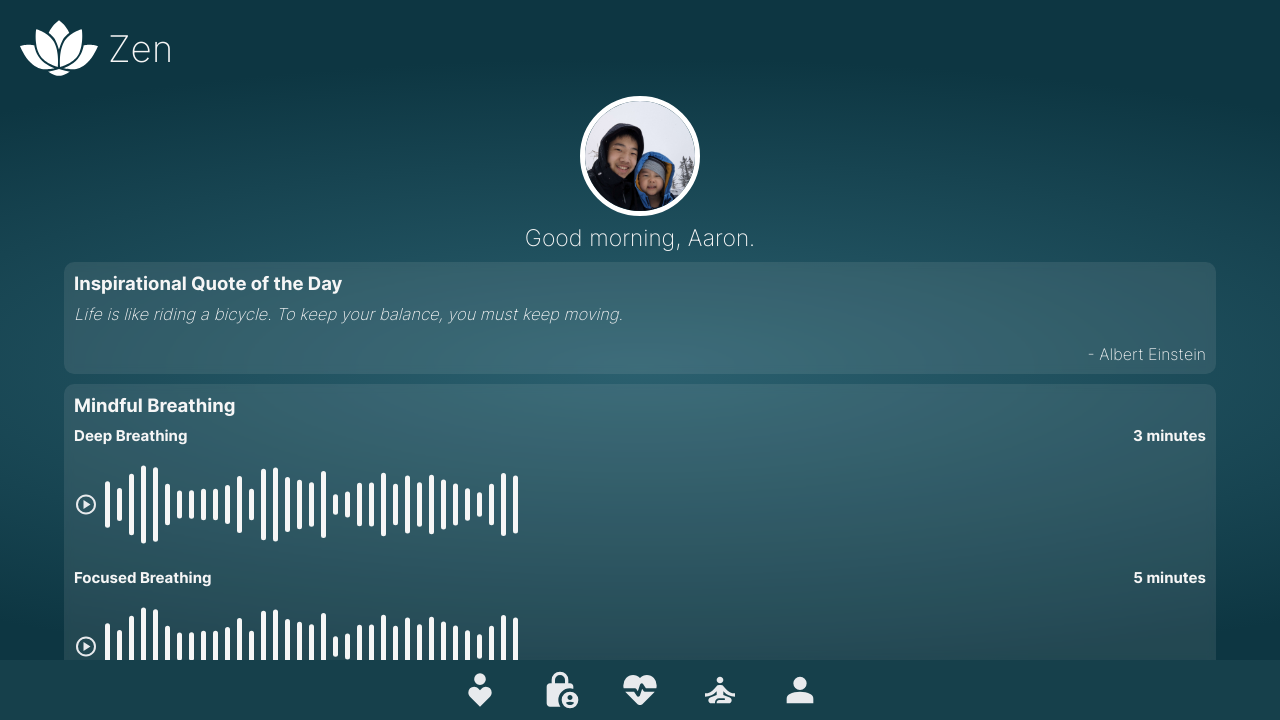
Repository: aaronw-dev/Zen
Page: mindful_dashboard.html
The author's editor kept a copy of each file at every save. The page is drawn from the files as they stood at one save, then again after a run of saves.
The browser window is 1280 px wide. The pictures show the whole page.

Above is the page before, as saved 2024-06-08 15:13:37.

### mindful_dashboard.html
<!DOCTYPE html>
<html lang="en">

<head>
    <meta charset="UTF-8">
    <meta name="viewport" content="width=device-width, initial-scale=1.0">
    <title>Zen</title>
    <link rel="stylesheet" href="../static/colors.css">
    <link rel="stylesheet" href="../static/awdev.css">
</head>

<body>
    <nav>
        <img src="../logo.svg">
        <span class="nav-text">Zen</span>
    </nav>
    <div class="zen-wrapper">
        <div class="greeting">
            <div class="profile-icon-wrapper">
                <img class="profile-icon" src="../static/images/brothers.jpg">
            </div>
            <span class="greeting-text">Good morning, Aaron.</span>
        </div>
        <div class="zen-block">
            <h1 class="zen-block-title">Inspirational Quote of the Day</h1>
            <div class="quote-block">Life is like riding a bicycle. To keep your balance, you must keep moving.</div>
            <div class="quote-author">Albert Einstein</div>
        </div>
        <div class="zen-block">
            <h1 class="zen-block-title">Mindful Breathing</h1>
            <div class="mindful-block">
                <div class="mindful-actions">
                    <h2 class="mindful-title">Deep Breathing</h2>
                    <h2 class="mindful-time">3 minutes</h2>
                </div>
                <div class="mindful-audio">
                    <img class="audio-play" src="../static/icons/play.svg">
                    <img class="audio-wave"src="../static/images/waveform1.svg">
                </div>
            </div>
            <div class="mindful-block">
                <div class="mindful-actions">
                    <h2 class="mindful-title">Focused Breathing</h2>
                    <h2 class="mindful-time">5 minutes</h2>
                </div>
                <div class="mindful-audio">
                    <img class="audio-play" src="../static/icons/play.svg">
                    <img class="audio-wave"src="../static/images/waveform1.svg">
                </div>
            </div>
        </div>
    </div>
    <div class="bottom-nav">
        <img src="../static/icons/counselling.svg">
        <img src="../static/icons/journal.svg">
        <img src="../static/icons/crisis.svg">
        <img src="../static/icons/meditate.svg">
        <img src="../static/icons/profile.svg">
    </div>
</body>

</html>

### static/colors.css
:root {
    --text: #F6F6F6;
    --buttons: #0F2F38;
    --radial-bg: radial-gradient(89.12% 42.87% at 50.08% 50.93%, #2B606F 0%, #0D3642 100%);
    --linear-bg: linear-gradient(170deg, #0F2F38 9.2%, #224B56 91.67%);
}

### static/awdev.css
@font-face {
    font-family: Inter;
    src: url("./font/Inter-Bold.ttf");
    font-weight: bold;
}

@font-face {
    font-family: Inter;
    src: url("./font/Inter-ExtraLight.ttf");
    font-weight: lighter;
}

html {
    height: 100%;
}

body {
    height: 100%;
    margin: 0px;
    background-repeat: no-repeat;
    background-attachment: fixed;
    background: var(--radial-bg);
}

* {
    font-family: Inter;
    color: var(--text);
    font-weight: lighter;
}

h1,
h2,
h3,
h4,
h5,
h6,
p {
    margin-top: 0;
    margin-bottom: 0;
}

nav {
    height: min-content;
    display: flex;
    align-items: center;
    gap: 10px;
    padding: 20px;
}

nav img {
    height: 3.5em;
}

.nav-text {
    font-size: 2.3em;
}

.bottom-nav {
    display: flex;
    width: 100%;
    justify-content: center;
    position: absolute;
    bottom: 0px;
    left: 0;
    z-index: 100;
    background-color: #16404B;
    padding: 10px 0px;
    gap: 40px;
}

.bottom-nav img {
    height: 40px;
}

.zen-wrapper {
    display: flex;
    flex-direction: column;
    gap: 10px;
    align-items: center;
}

.greeting {
    width: 100%;
    display: flex;
    flex-direction: column;
    align-items: center;
    gap: 8px;
}

.greeting-text {
    font-size: 23px;
}

.profile-icon-wrapper {
    border-radius: 50%;
    overflow: hidden;
    aspect-ratio: 1;
    width: 110px;
    border: 5px solid white;
}

.profile-icon {
    width: 100%;
    transform: translateY(-15px);
}

.zen-block {
    width: 90%;
    padding: 10px;
    box-sizing: border-box;
    border-radius: 10px;
    background: rgba(220, 220, 220, 0.11);
    backdrop-filter: blur(4.45px);
}

.zen-block .zen-block-title {
    font-weight: bold;
    font-size: 18.5px;
}

.quote-block {
    margin-top: 10px;
    font-style: italic;
    font-size: 16.5px;
}

.quote-author {
    margin-left: auto;
    margin-top: 20px;
    width: fit-content;
}

.quote-author::before {
    content: "- ";
}
.audio-play {
}
.mindful-actions {
    display: flex;
    flex-direction: row;
    flex-wrap: nowrap;
    justify-content: space-between;
    align-items: normal;
    align-content: normal;
  }
  .mindful-audio {
    padding-top: 10px;
    display: inline-flex;
    flex-direction: row;
    flex-wrap: nowrap;
    justify-content: normal;
    align-items: normal;
    align-content: stretch;
  }
  .mindful-wave {
    padding-left: 15px;
  }

  .mindful-title{
    align-items: left;
    padding-top: 10px;
    color: #F6F6F6;
    font-family: Inter;
    font-size: 15px;
    font-style: normal;
    font-weight: 700;
    line-height: normal;
  }
  .mindful-time{
    align-items: right;
    padding-top: 10px;
    color: #F6F6F6;
    font-family: Inter;
    font-size: 15px;
    font-style: normal;
    font-weight: 700;
    line-height: normal;
  }

After the next 2 saves:
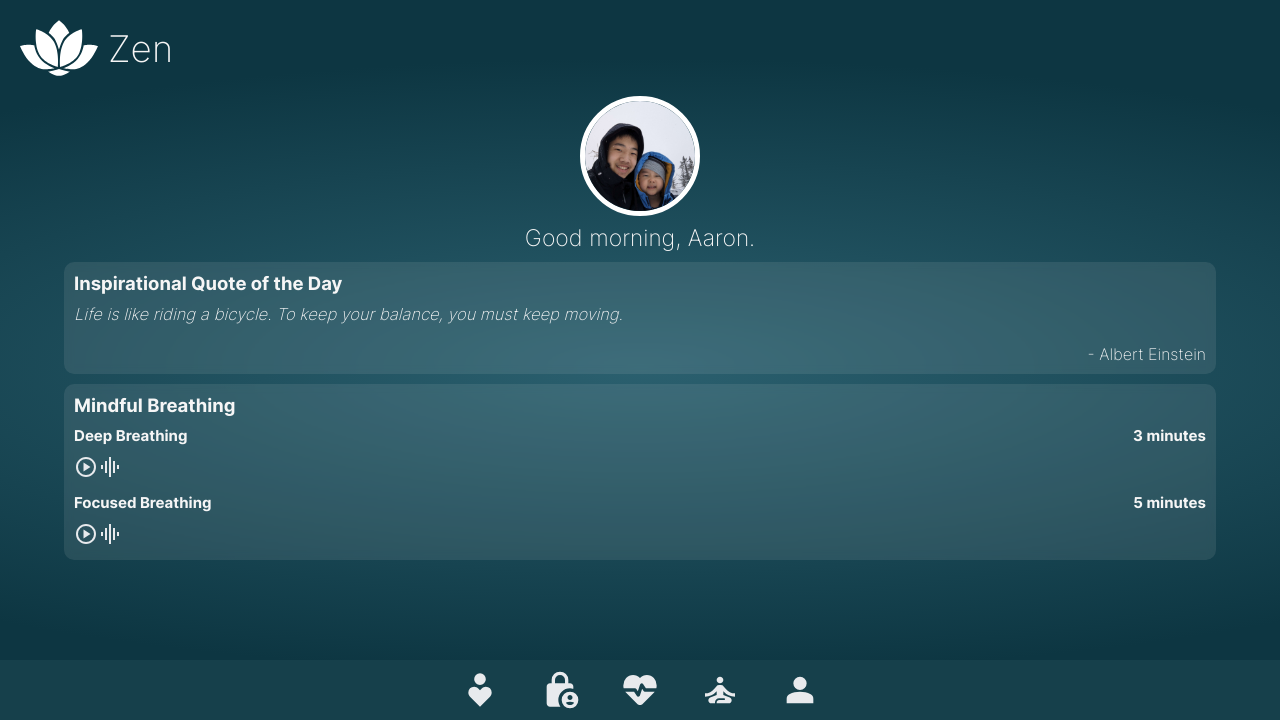
The 2 saves are shown as one change because they came seconds apart.
The last was saved 78 s later.
--- a/mindful_dashboard.html
+++ b/mindful_dashboard.html
@@ -35,7 +35,7 @@
                 </div>
                 <div class="mindful-audio">
                     <img class="audio-play" src="../static/icons/play.svg">
-                    <img class="audio-wave"src="../static/images/waveform1.svg">
+                    <img class="audio-wave" src="../static/icons/audio.svg">
                 </div>
             </div>
             <div class="mindful-block">
@@ -45,7 +45,7 @@
                 </div>
                 <div class="mindful-audio">
                     <img class="audio-play" src="../static/icons/play.svg">
-                    <img class="audio-wave"src="../static/images/waveform1.svg">
+                    <img class="audio-wave"src="../static/icons/audio.svg">
                 </div>
             </div>
         </div>
